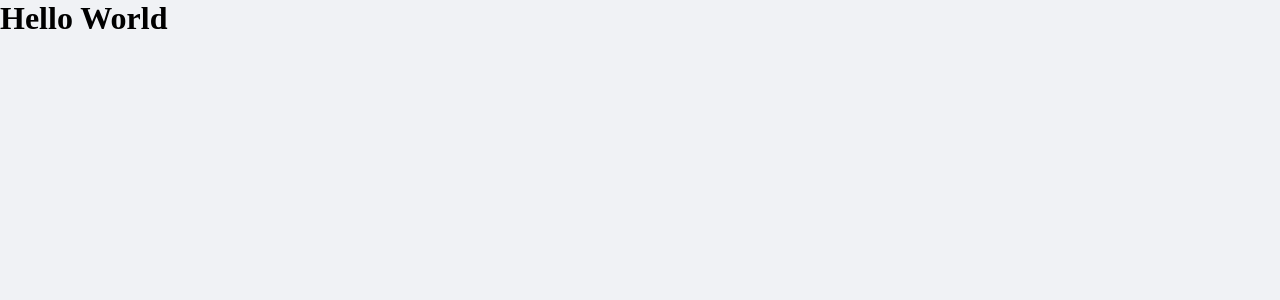
Repository: crbveiga/React
Page: / (app in RocketSeat/dtmoney/)
The author's editor kept a copy of each file at every save. The page is drawn from the files as they stood at one save, then again after the next save.
The browser window is 1280 px wide. The pictures show the whole page.
The project was rebuilt for these pictures with package versions that can differ from the ones it lists, and the page was loaded fresh each time.

Above is the page before, as saved 2021-12-06 02:02:08.

### RocketSeat/dtmoney/public/index.html
<!DOCTYPE html>
<html lang="en">
<head>
    <meta charset="UTF-8">
    <meta name="viewport" content="width=device-width, initial-scale=1.0">


<link rel="shortcut icon" href="favicon.png" type="image/png">

    <title>DT MONEY</title>
</head>
<body>
    <div id="root">

    </div>


</body>
</html>

### RocketSeat/dtmoney/src/App.tsx
import { GlobalStyle } from "./styles/global";

export function App() {
  return (
    <div className="App">
      <h1> Hello World </h1>
      <GlobalStyle />
    </div>
  );
}

### RocketSeat/dtmoney/src/styles/global.ts
import { createGlobalStyle } from 'styled-components'

export const GlobalStyle = createGlobalStyle`
:root {
    --background: #f0f2f5;
    --red: #e52e4d;
    --blue: #5429cc;

    --blue-light: #6933ff;
    --text-title: #363f5f;

    --text-title: #969cb3;

    --background: #f0f2f5;
    --shape: #ffffff;
}

* {
    margin: 0;
    padding: 0;
    box-sizing: border-box;

// font-size: 16px(Desktop)
html {
    @media (max-width: 1080px) {
        fontsize: 93.75%; 15px
    }

    @media (max-width: 720px) {
        fontsize: 87.5%; 14px
    }
}


body {
        background: var(--background);
        -webkit-font-smoothing: antialiased;
    }
}

button {
    cursor: pointer;
}

[disabled] {
    opacity: 0.6;
    cursor: not-allowed;
}
`

Loaded but not shown: RocketSeat/dtmoney/src/index.tsx (common file)

After the next save:
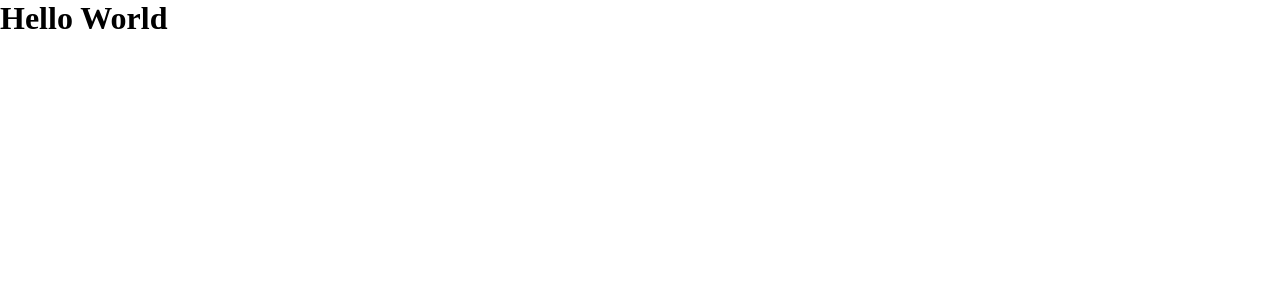
Saved 45 s later.
--- a/RocketSeat/dtmoney/src/styles/global.ts
+++ b/RocketSeat/dtmoney/src/styles/global.ts
@@ -22,14 +22,7 @@
 
 // font-size: 16px(Desktop)
 html {
-    @media (max-width: 1080px) {
-        fontsize: 93.75%; 15px
-    }
 
-    @media (max-width: 720px) {
-        fontsize: 87.5%; 14px
-    }
-}
 
 
 body {

After the save that followed:
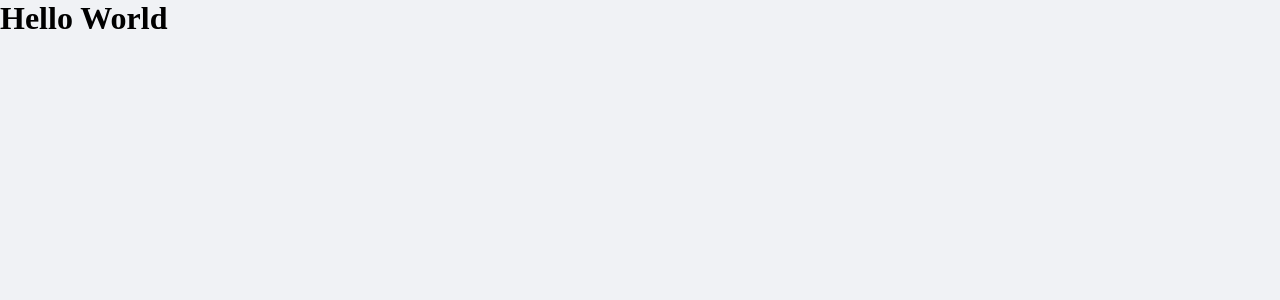
Saved 18 s later.
--- a/RocketSeat/dtmoney/src/styles/global.ts
+++ b/RocketSeat/dtmoney/src/styles/global.ts
@@ -21,8 +21,6 @@
     box-sizing: border-box;
 
 // font-size: 16px(Desktop)
-html {
-
 
 
 body {
